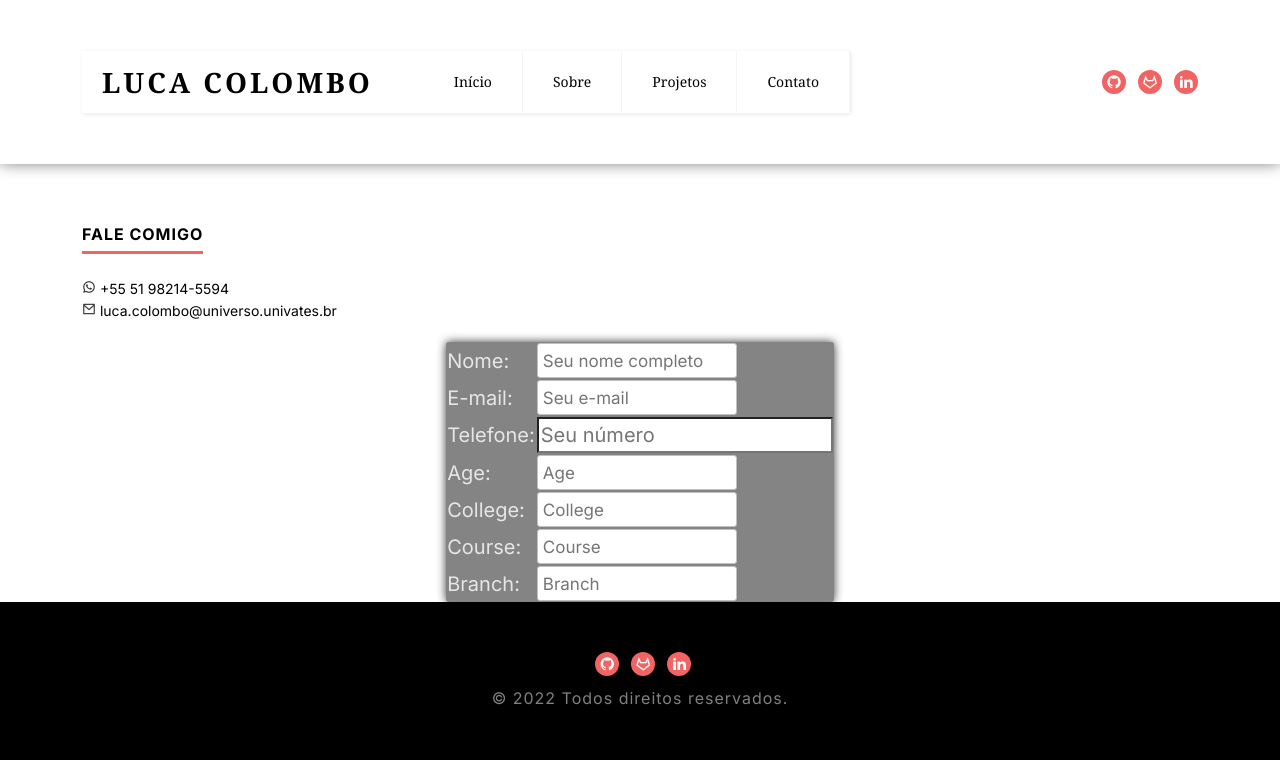
Repository: lxcxcxlxmb/portfolio
Page: contato.html
The author's editor kept a copy of each file at every save. The page is drawn from the files as they stood at one save, then again after the next save.
The browser window is 1280 px wide. The pictures show the whole page.

Above is the page before, as saved 2022-05-25 16:51:20.

After the next save:
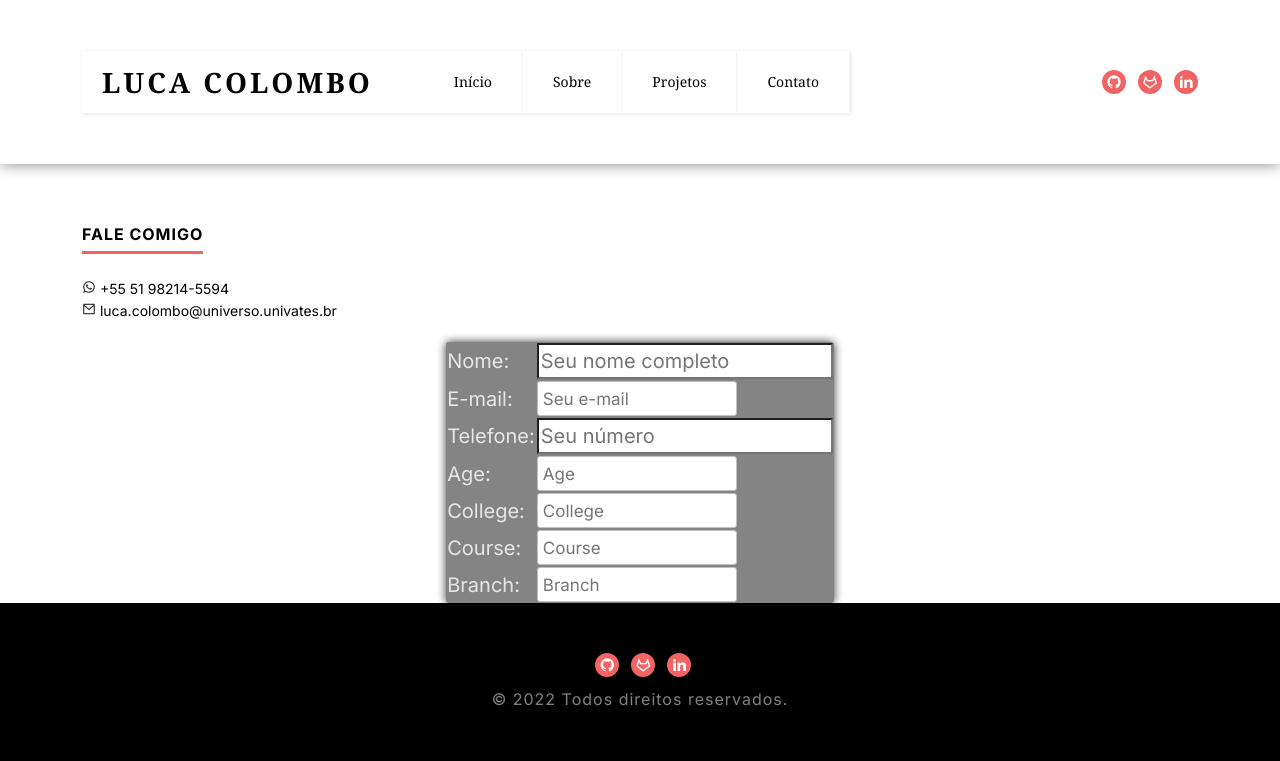
Saved 26 s later.
--- a/contato.html
+++ b/contato.html
@@ -69,7 +69,7 @@
  <th class="hidden_th">First Name:</th>
  <tr>
   <td class="column1">Nome:</td>
-  <td><input type="text" placeholder="Seu nome completo"></td>
+  <td><input type="tel" placeholder="Seu nome completo"></td>
  </tr>
 
  <th class="hidden_th">Email Id:</th>
@@ -78,7 +78,7 @@
   <td><input type="text" placeholder="Seu e-mail"></td>
  </tr>
 
- <th class="hidden_th">Last Name:</th>
+ <th class="hidden_th">Last ame:</th>
  <tr>
   <td class="column1">Telefone:</td>
   <td><input type="tel" placeholder="Seu número"></td>

After the save that followed:
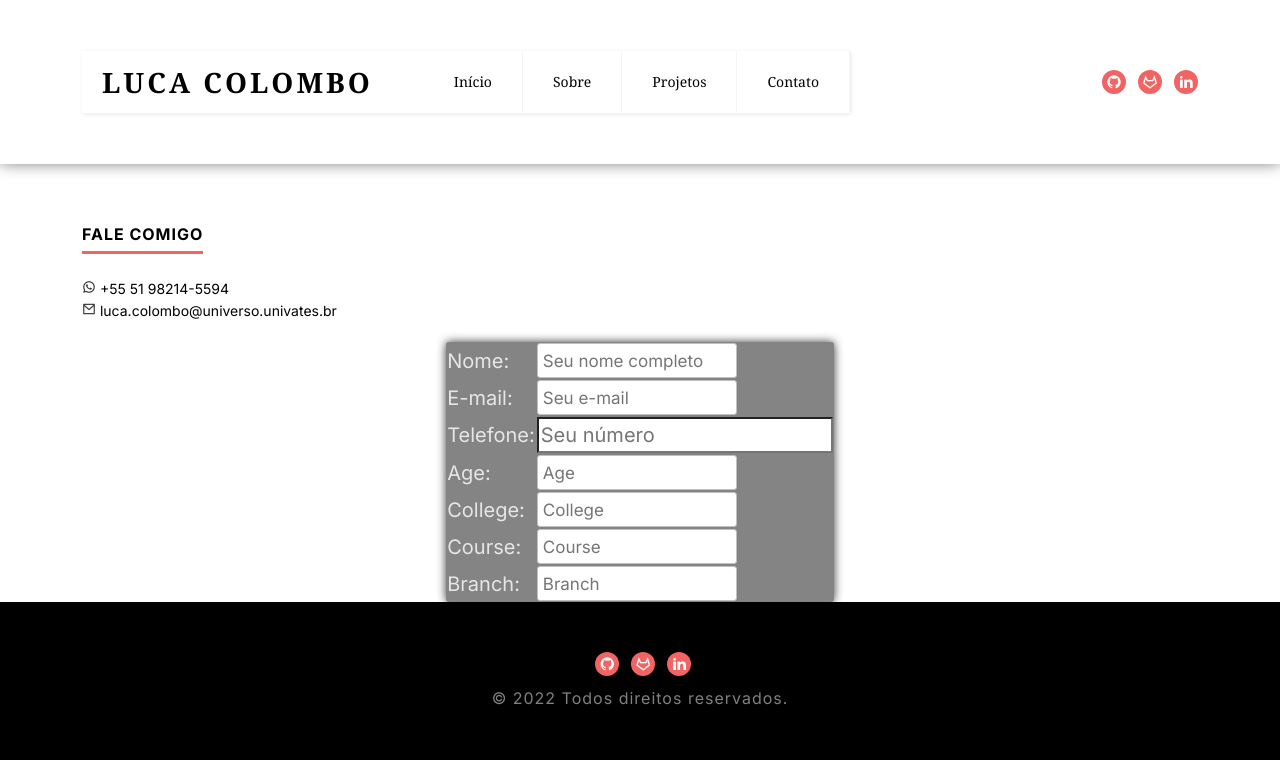
Saved 5 s later.
--- a/contato.html
+++ b/contato.html
@@ -69,7 +69,7 @@
  <th class="hidden_th">First Name:</th>
  <tr>
   <td class="column1">Nome:</td>
-  <td><input type="tel" placeholder="Seu nome completo"></td>
+  <td><input type="text" placeholder="Seu nome completo"></td>
  </tr>
 
  <th class="hidden_th">Email Id:</th>
